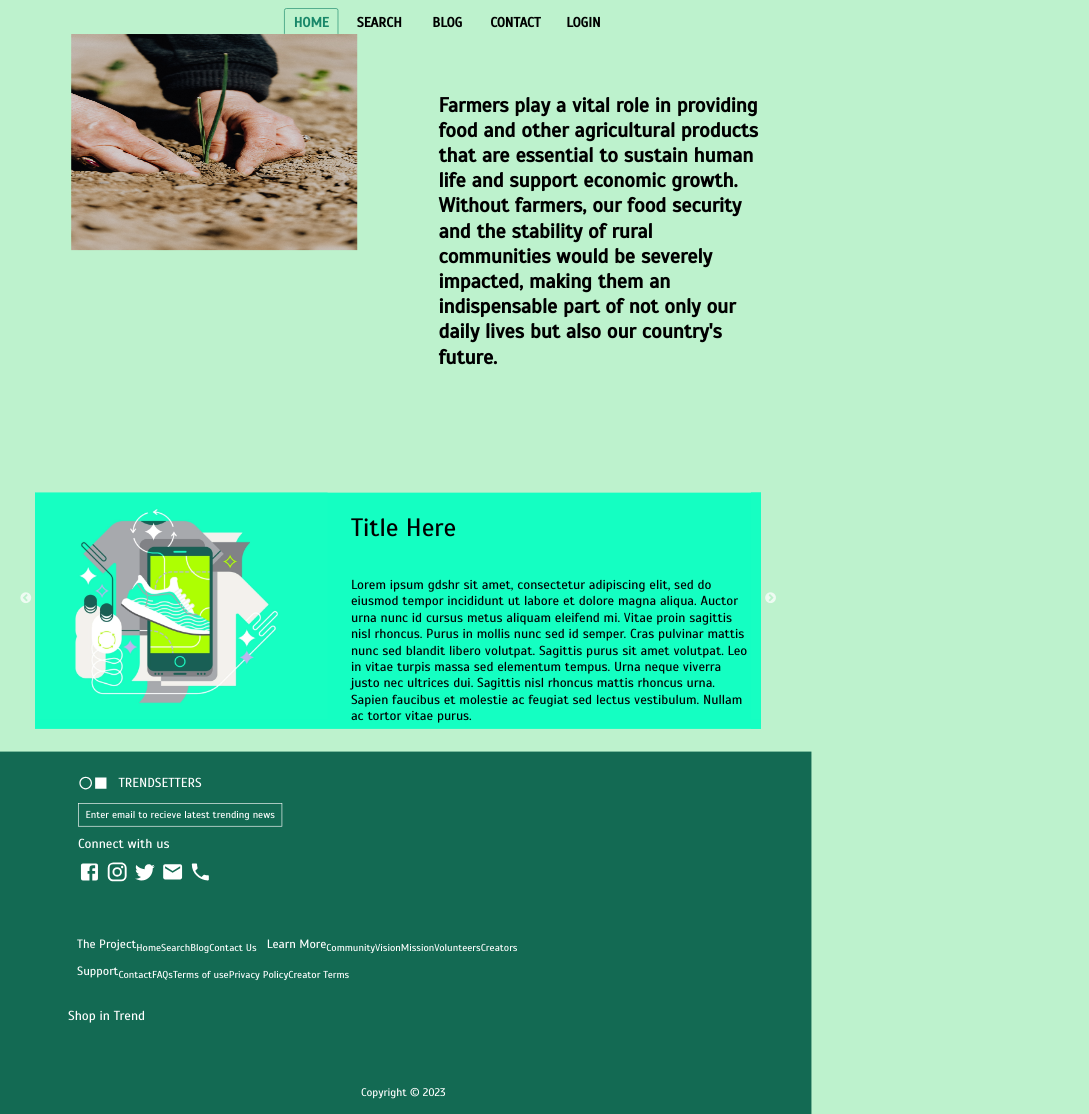
Repository: PRACHIP09/TRINIT_PICO-ZEN_DEV03
Page: /
An editor plug-in stored every save of this project. The page is shown before and after the next save, followed by the edit.
The browser window is 1280 px wide. The page is 1728 px wide, so the pictures cover 1728 px, including what lies to the right of the window. The pictures show the whole page, at 63% of full size.
Pictures or frames that could not be fetched are drawn as grey boxes. Some web fonts or font styles are not loaded; a fallback is used. The project was rebuilt for these pictures with package versions that can differ from the ones it lists, and the page was loaded fresh each time. Some packages were replaced by stand-ins written for this rebuild. Also part of the build but not shown: src/App.css, src/Pages/Login.jsx, src/Pages/Signup.jsx, src/Pages/Contact.jsx, src/Components/ChatBot/Chatbot.jsx, src/Components/ChatBot/Footer.jsx, src/Components/Farmernavbar/Mobilenavbar.jsx, src/Components/Farmernavbar/NavbarF.jsx and 28 more.

Above is the page before, as saved 2023-02-11 22:53:34.

After the next save:
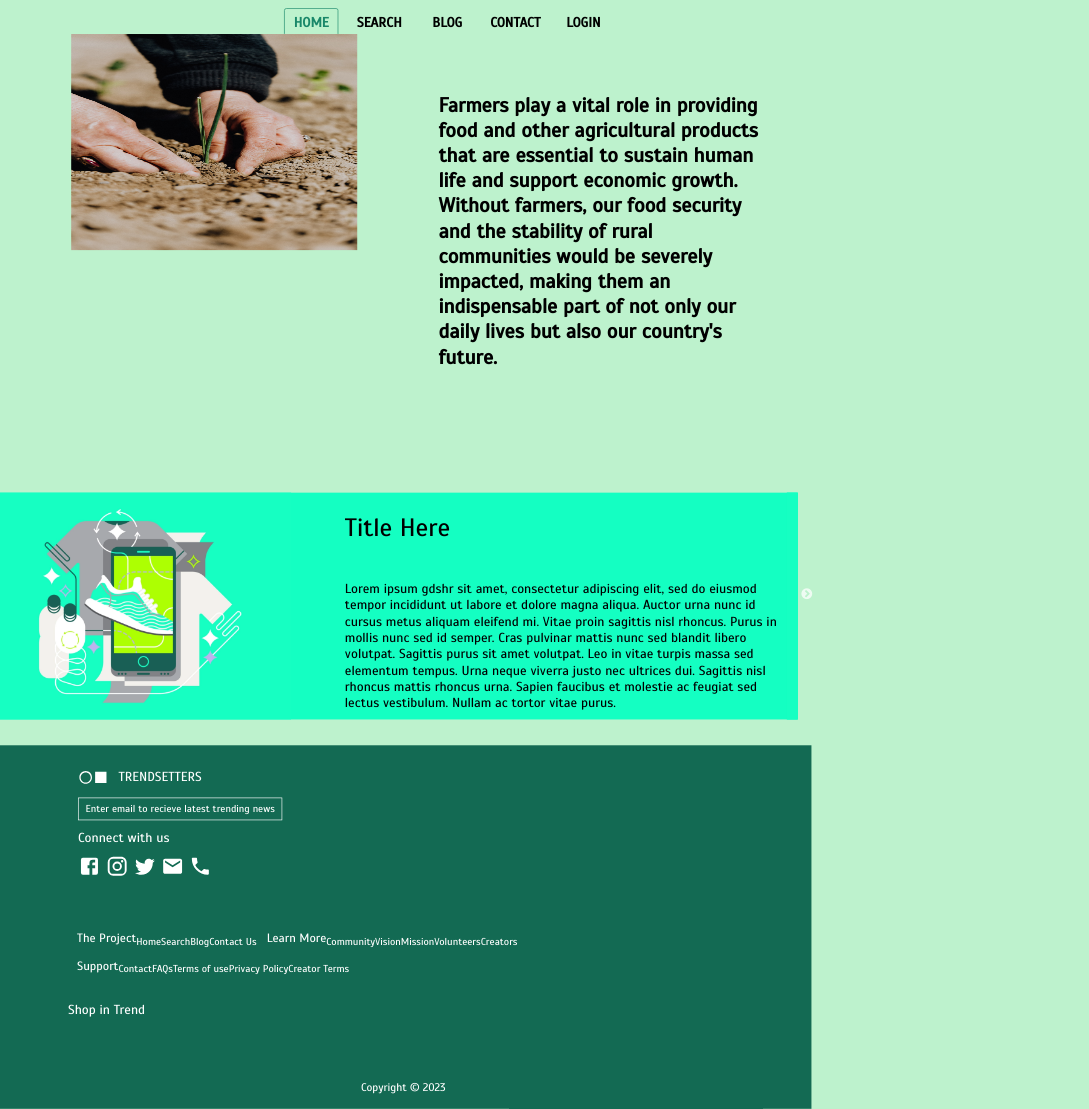
Saved 12 s later.
--- a/src/Pages/HomePage.jsx
+++ b/src/Pages/HomePage.jsx
@@ -41,7 +41,7 @@ const HomePage = () => {
           </Grid>
         </Grid>
 
-        <Grid item xs={12} style={{padding:"0vh 10vh"}}>
+        <Grid item xs={12} style={{padding:"0vh 2vh"}}>
           {/*phoo*/}
           <Slider {...settings}>
             {wallp.map(item => {
